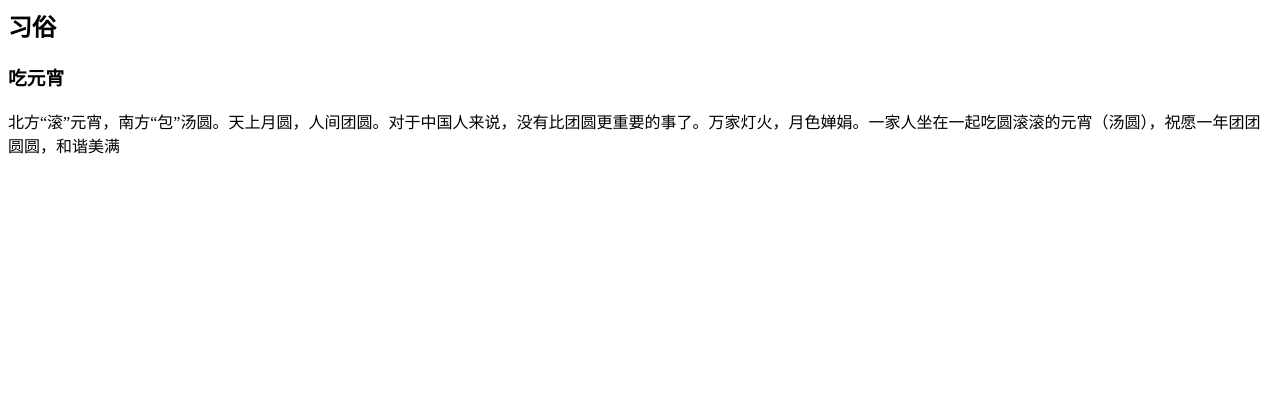
Repository: XueJie1/computer-operation-basics
Page: pages/lanternfes/customs.html
These files come from the project's save history. The page is drawn as it stood at one moment and after the next save; the edit follows.
The browser window is 1280 px wide. The pictures show the whole page.

Above is the page before, as saved 2023-09-14 16:32:28.

### pages/lanternfes/customs.html
<h2>习俗</h2>
<h3>吃元宵</h3>
<p>北方“滚”元宵，南方“包”汤圆。天上月圆，人间团圆。对于中国人来说，没有比团圆更重要的事了。万家灯火，月色婵娟。一家人坐在一起吃圆滚滚的元宵（汤圆），祝愿一年团团圆圆，和谐美满</p>

After the next save:
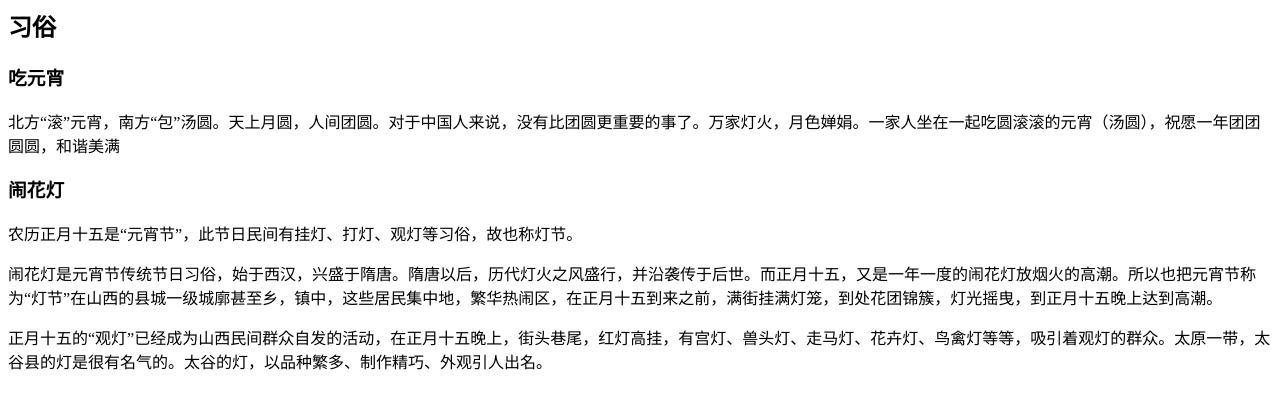
Saved 91 s later.
--- a/pages/lanternfes/customs.html
+++ b/pages/lanternfes/customs.html
@@ -1,3 +1,9 @@
 <h2>习俗</h2>
 <h3>吃元宵</h3>
 <p>北方“滚”元宵，南方“包”汤圆。天上月圆，人间团圆。对于中国人来说，没有比团圆更重要的事了。万家灯火，月色婵娟。一家人坐在一起吃圆滚滚的元宵（汤圆），祝愿一年团团圆圆，和谐美满</p>
+<h3>闹花灯</h3>
+<p>农历正月十五是“元宵节”，此节日民间有挂灯、打灯、观灯等习俗，故也称灯节。</p>
+
+<p>闹花灯是元宵节传统节日习俗，始于西汉，兴盛于隋唐。隋唐以后，历代灯火之风盛行，并沿袭传于后世。而正月十五，又是一年一度的闹花灯放烟火的高潮。所以也把元宵节称为“灯节”在山西的县城一级城廓甚至乡，镇中，这些居民集中地，繁华热闹区，在正月十五到来之前，满街挂满灯笼，到处花团锦簇，灯光摇曳，到正月十五晚上达到高潮。</p>
+
+<p>正月十五的“观灯”已经成为山西民间群众自发的活动，在正月十五晚上，街头巷尾，红灯高挂，有宫灯、兽头灯、走马灯、花卉灯、鸟禽灯等等，吸引着观灯的群众。太原一带，太谷县的灯是很有名气的。太谷的灯，以品种繁多、制作精巧、外观引人出名。</p>
